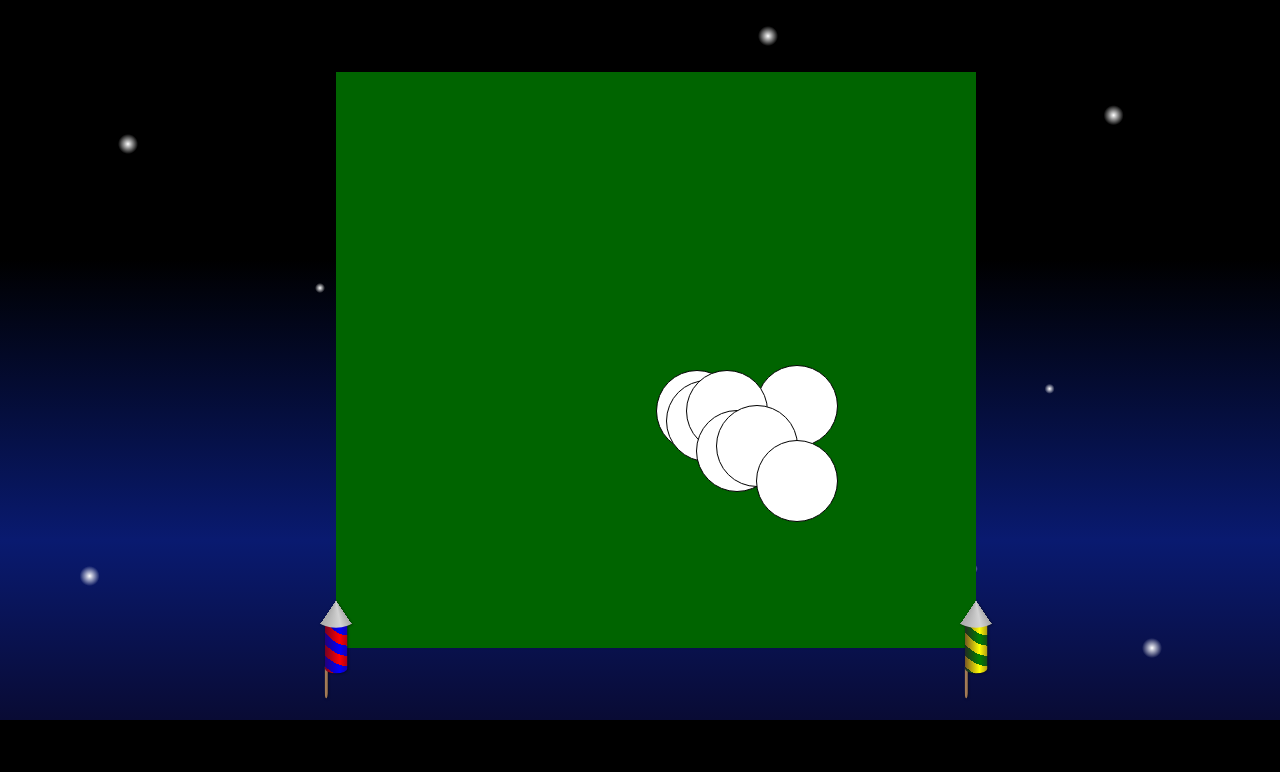
Repository: juliandecloe/CSS-To-The-Rescue---Julian-de-Cloe
Page: index.html
The author's editor kept a copy of each file at every save. The page is drawn from the files as they stood at one save, then again after the next save.
The browser window is 1280 px wide. The pictures show the whole page.

Above is the page before, as saved 2022-03-10 17:19:32.

After the next save:
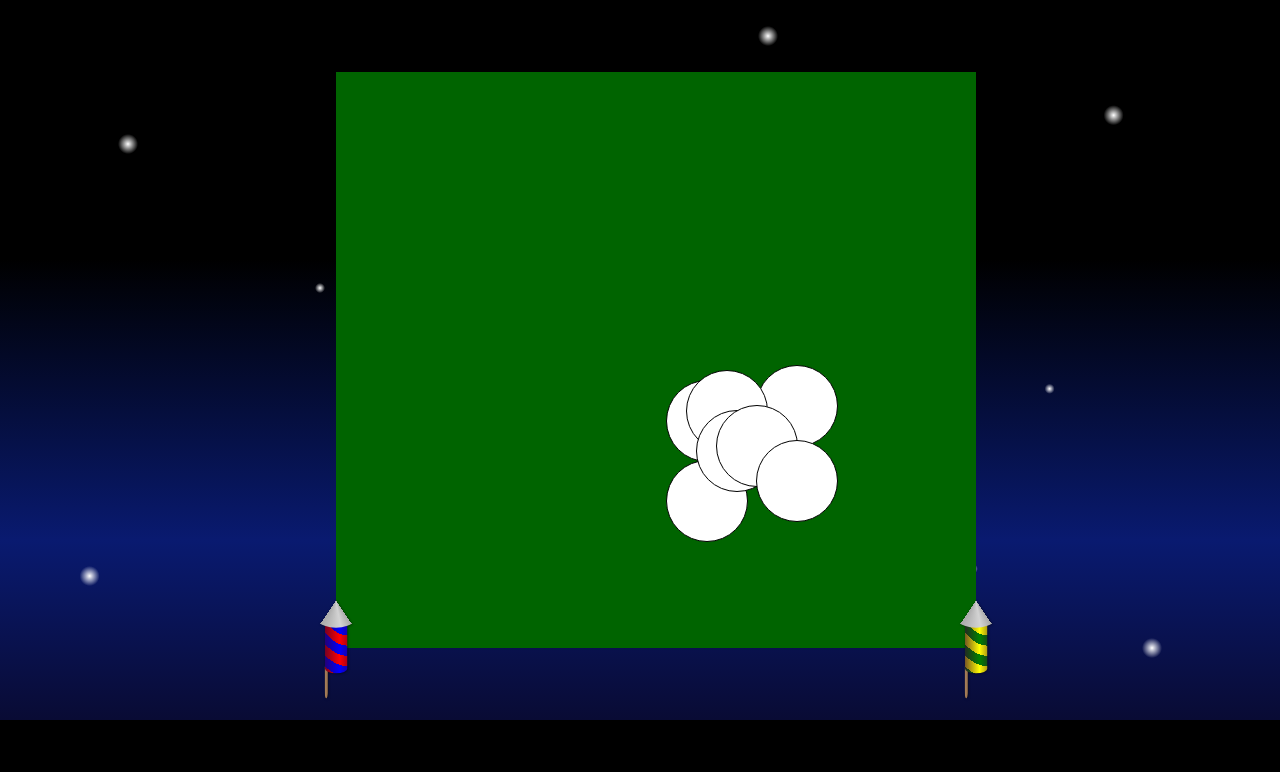
Saved 11 s later.
--- a/style.css
+++ b/style.css
@@ -604,8 +604,8 @@ article li:first-child {
 }
 
 article li:nth-child(2) {
-	top: 10px;
-	left: 0;
+	top: 100px;
+	left: 10px;
 }
 
 article li:nth-child(3) {
